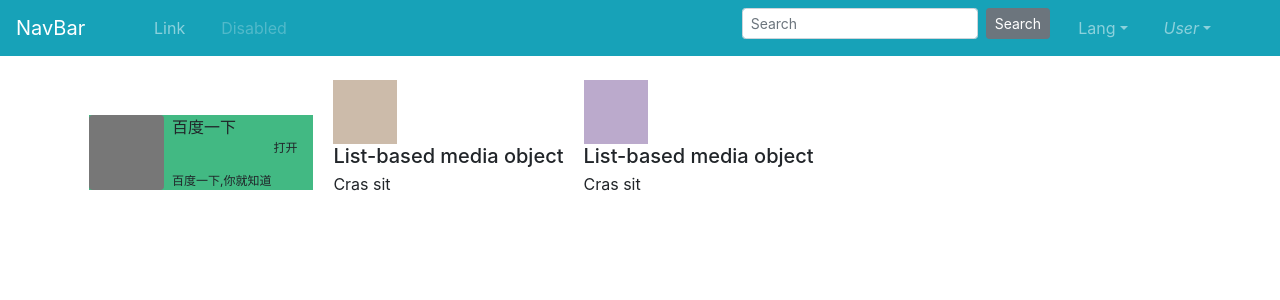
Repository: Funnyrz/vue-nav
Page: /
These files come from the project's save history. The page is drawn as it stood at one moment and after a run of saves; the edit follows.
The browser window is 1280 px wide. The pictures show the whole page.
The project was rebuilt for these pictures with package versions that can differ from the ones it lists, and the page was loaded fresh each time.

Above is the page before, as saved 2020-08-26 12:24:11.

### public/index.html
<!DOCTYPE html>
<html lang="en">
  <head>
    <meta charset="utf-8">
    <meta http-equiv="X-UA-Compatible" content="IE=edge">
    <meta name="viewport" content="width=device-width,initial-scale=1.0">
    <link rel="icon" href="<%= BASE_URL %>favicon.ico">
    <title>vue-pic</title>
  </head>
  <body>
    <noscript>
      <strong>We're sorry but vue-pic doesn't work properly without JavaScript enabled. Please enable it to continue.</strong>
    </noscript>
    <div id="app"></div>
    <!-- built files will be auto injected -->
  </body>
</html>

### src/main.js
import Vue from 'vue'
import App from './App.vue'
import 'bootstrap/dist/css/bootstrap.css'
import 'bootstrap-vue/dist/bootstrap-vue.css'
import BootstrapVue from 'bootstrap-vue'
// ES Modules syntax

// require syntax

Vue.use(BootstrapVue)
Vue.config.productionTip = false

new Vue({
  render: h => h(App),
}).$mount('#app')

### src/App.vue
<template>
  <div id="app">
    <HelloWorld msg="Welcome to Your Vue.js App" />
  </div>
</template>

<script>
import HelloWorld from "./components/HelloWorld.vue";

export default {
  name: "app",
  components: {
    HelloWorld
  }
};
</script>

<style>
.container-fluid {
  width: 80%;
}
</style>

### src/components/HelloWorld.vue
<template>
  <div class="hello">
    <div>
      <b-navbar toggleable="lg" type="dark" variant="info">
        <b-navbar-brand href="#">NavBar</b-navbar-brand>

        <b-navbar-toggle target="nav-collapse"></b-navbar-toggle>
        <b-container fluid>
          <b-collapse id="nav-collapse" is-nav>
            <b-navbar-nav>
              <b-nav-item href="#">Link</b-nav-item>
              <b-nav-item href="#" disabled>Disabled</b-nav-item>
            </b-navbar-nav>

            <!-- Right aligned nav items -->
            <b-navbar-nav class="ml-auto">
              <b-nav-form>
                <b-form-input size="sm" class="mr-sm-2" placeholder="Search"></b-form-input>
                <b-button size="sm" class="my-2 my-sm-0" type="submit">Search</b-button>
              </b-nav-form>

              <b-nav-item-dropdown text="Lang" right>
                <b-dropdown-item href="#">EN</b-dropdown-item>
                <b-dropdown-item href="#">ES</b-dropdown-item>
                <b-dropdown-item href="#">RU</b-dropdown-item>
                <b-dropdown-item href="#">FA</b-dropdown-item>
              </b-nav-item-dropdown>

              <b-nav-item-dropdown right>
                <!-- Using 'button-content' slot -->
                <template v-slot:button-content>
                  <em>User</em>
                </template>
                <b-dropdown-item href="#">Profile</b-dropdown-item>
                <b-dropdown-item href="#">Sign Out</b-dropdown-item>
              </b-nav-item-dropdown>
            </b-navbar-nav>
          </b-collapse>
        </b-container>
      </b-navbar>

      <b-container fluid>
        <div>
          <ul class="list-unstyled">
            <b-media tag="li" class="nav-li">
              <template v-slot:aside>
                <b-img v-bind="mainProps" rounded alt="placeholder"></b-img>
                <div class="nav-card">
                  百度一下
                 <div class="nav-card-text">
                  百度一下,你就知道
                </div>
                <div class="nav-card-btn">
                 打开
               </div>
                </div>

              </template>
            </b-media>

            <b-media tag="li" class="my-4">
              <template v-slot:aside>
                <b-img blank blank-color="#cba" width="64" alt="placeholder"></b-img>
              </template>

              <h5 class="mt-0 mb-1">List-based media object</h5>
              <p class="mb-0">Cras sit</p>
            </b-media>

            <b-media tag="li">
              <template v-slot:aside>
                <b-img blank blank-color="#bac" width="64" alt="placeholder"></b-img>
              </template>

              <h5 class="mt-0 mb-1">List-based media object</h5>
              <p class="mb-0">Cras sit</p>
            </b-media>
          </ul>
        </div>
      </b-container>
    </div>
  </div>
</template>

<script>
export default {
  name: "HelloWorld",
  props: {
    msg: String
  },
  data() {
    return {
      mainProps: {
        blank: true,
        blankColor: "#777",
        width: 75,
        height: 75,
        class: "m1"
      }
    };
  },
  mounted() {}
};
</script>

<!-- Add "scoped" attribute to limit CSS to this component only -->
<style scoped>
ul {
  list-style-type: none;
  padding: 0;
}
li {
  display: inline-block;
  margin: 0 10px;
}
a {
  color: #42b983;
}
.container-fluid{
  width: 90%;
}
.nav-li{
  width: 20%;
  background: #42b983;
}
.nav-card{position:relative;width:100%;margin-left: 8px;}
.nav-card-text{
  font-size:12px;bottom:0px;position:absolute;
}
.nav-card-btn{
  font-size:12px;right:0px;position:absolute;
}
</style>

After the next 2 saves:
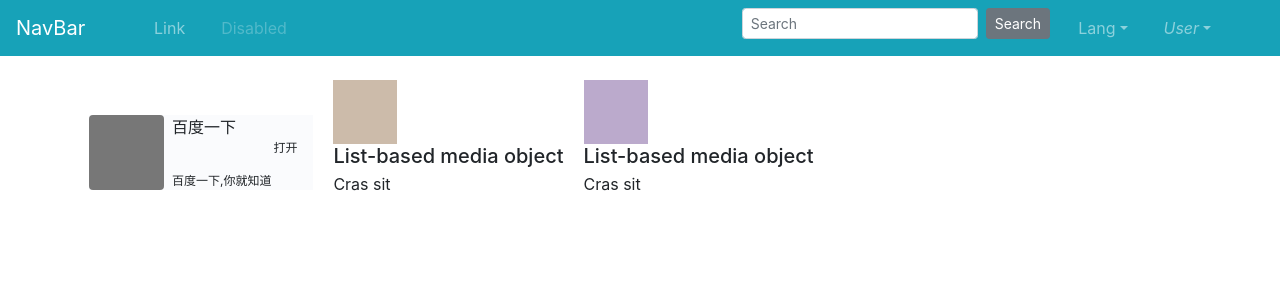
The 2 saves are shown as one change because they came seconds apart.
The last was saved 43 s later.
--- a/src/components/HelloWorld.vue
+++ b/src/components/HelloWorld.vue
@@ -121,7 +121,7 @@ a {
 }
 .nav-li{
   width: 20%;
-  background: #42b983;
+  background: #fafbfd;
 }
 .nav-card{position:relative;width:100%;margin-left: 8px;}
 .nav-card-text{
